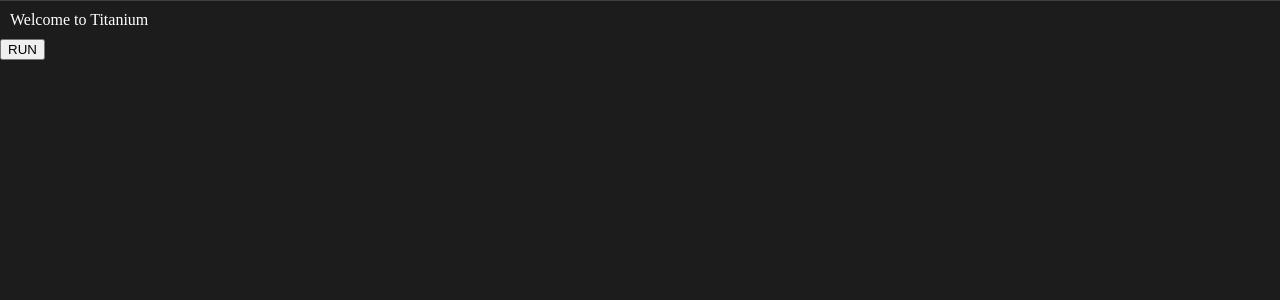
Repository: katoy/desktop-001
Page: desktop001/Resources/index.html
These files come from the project's save history. The page is drawn as it stood at one moment and after the next save; the edit follows.
The browser window is 1280 px wide. The pictures show the whole page.

Above is the page before, as saved 2012-07-29 08:08:49.

### desktop001/Resources/index.html
<html>
	<head>
		<title>hello Titanium</title>
		<script type="text/ruby" src="test.rb"></script>
	</head>
	<body style="background-color:#1c1c1c;margin:0">
		<div style="border-top:1px solid #404040">
			<div style="color:#fff;;padding:10px">
				Welcome to Titanium
			</div>
		</div>
		<input type="button" onclick="alert('hello');test_call();" value="RUN"/>
	</body>
</html>

After the next save:
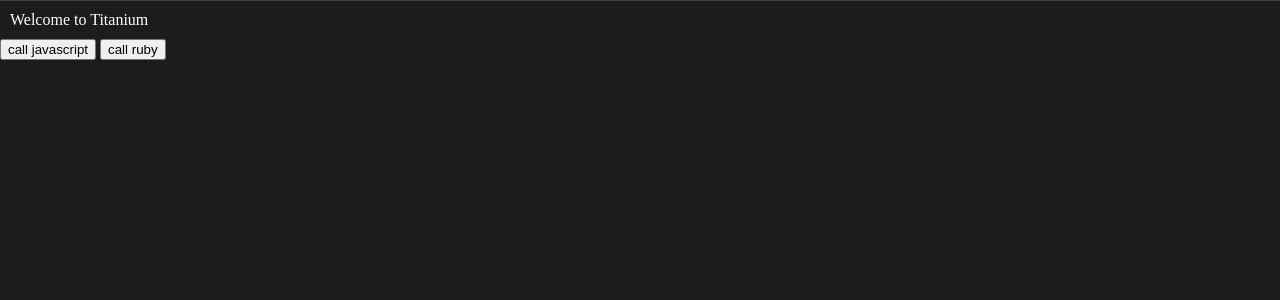
Saved 10 min 37 s later.
--- a/desktop001/Resources/index.html
+++ b/desktop001/Resources/index.html
@@ -9,6 +9,7 @@
 				Welcome to Titanium
 			</div>
 		</div>
-		<input type="button" onclick="alert('hello');test_call();" value="RUN"/>
+		<input type="button" onclick="alert('hello');" value="call javascript"/>
+		<input type="button" onclick="test_call();" value="call ruby"/>
 	</body>
 </html>
